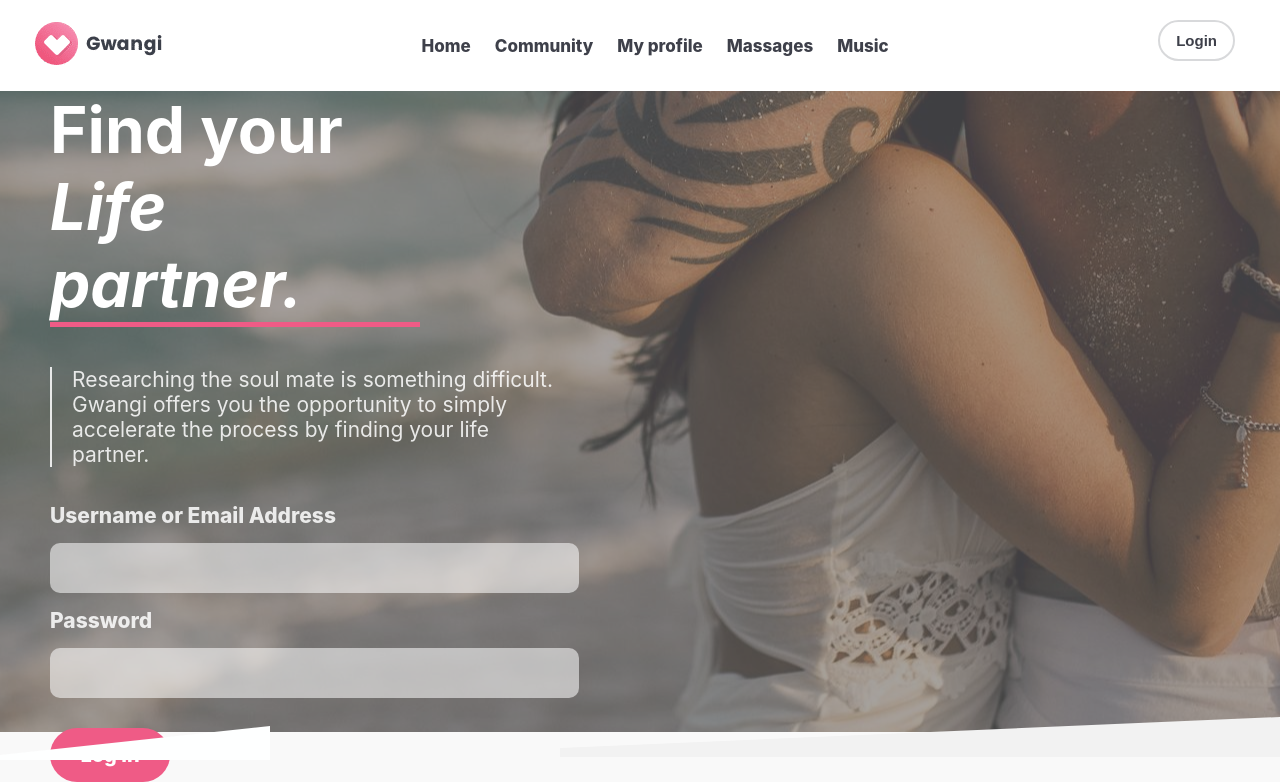
Repository: ShokunLiubov/Soc-Network-React
Page: /login
These files come from the project's save history. The page is drawn as it stood at one moment and after the next save; the edit follows.
The browser window is 1280 px wide. The pictures show the whole page.
The project was rebuilt for these pictures with package versions that can differ from the ones it lists, and the page was loaded fresh each time. Also part of the build but not shown: src/components/common/Paginator/Paginator.module.css, src/components/common/Paginator/Paginator.jsx, src/components/Community/Community.module.css, src/components/Community/Friend/Friend.jsx, src/components/Community/Community.jsx, src/components/common/Preloader/Preloader.jsx, src/components/Community/CommunityContainer.jsx, src/components/Dialogs/Dialogs.module.css and 14 more.

Above is the page before, as saved 2022-08-24 18:36:34.

### src/index.js
import reportWebVitals from './reportWebVitals';
import store from './redux/redux-store';
import React from 'react';
import ReactDOM from 'react-dom/client';
import './index.css';
import App from './App';
import { BrowserRouter } from 'react-router-dom';
import { Provider } from 'react-redux'

const root = ReactDOM.createRoot(document.getElementById('root'));

  root.render(

      <BrowserRouter>
        <Provider store={store}>
          <App />
        </Provider>
      </BrowserRouter>


  );


// If you want to start measuring performance in your app, pass a function
// to log results (for example: reportWebVitals(console.log))
// or send to an analytics endpoint. Learn more: https://bit.ly/CRA-vitals
reportWebVitals();

### src/redux/redux-store.js
import {combineReducers, legacy_createStore as createStore} from "redux"
import dialogsReducer from "./dialogs-reducer"
import profileReducer from "./profile-reducer"
import communityReducer from "./community-reducer"
import authReducer from "./auth-reducer"

let reducers = combineReducers({
    profilePage : profileReducer,
    dialogsPage : dialogsReducer,
    communityPage : communityReducer,
    auth: authReducer
})

let store = createStore(reducers)

export default store;

### src/App.js
import React from 'react';
import { Routes, Route } from "react-router-dom";
import './App.css';
import Registration from './components/Auth/Registration/Registration';
import CommunityContainer from './components/Community/CommunityContainer';
import DialogsContainer from './components/Dialogs/DialogsContainer';
import Home from './components/Home/Home';
import Music from './components/Music/Music';
import Navbar from './components/Navbar/Navbar';
import ProfileContainer from './components/Profile/ProfileContainer';

function App(props) {
  return (

    <div className='app-wrapper'>
      <Navbar />
      <Routes>
        <Route path='/home/*' element={<Home />} />

        <Route path='/community/*' element={<CommunityContainer />} />

        <Route path='/profile/:id' element={<ProfileContainer />} />
        <Route path='/profile/*' element={<ProfileContainer />} />

        <Route path='/dialogs/*' element={<DialogsContainer />} />

        <Route path='/music/*' element={<Music />} />

        <Route path='/login/*' element={<Registration />} />

      </Routes>

    </div>

  );
}

export default App;

### src/redux/dialogs-reducer.js
const SAND_MASSAGE = 'SAND-MASSAGE'
const UPDATE_NEW_MASSAGE_TEXT = 'UPDATE-NEW-MASSAGE-TEXT'

let initialState = {
    dialogsData: [
        { id: 1, name: 'Vika', ava: './../images/ava-w1.jpeg' },
        { id: 2, name: 'Eugen', ava: './../images/ava-m2.png' },
        { id: 3, name: 'Liubov', ava: './../images/ava-w3.jpeg' },
        { id: 4, name: 'Max', ava: './../images/ava-m1.jpeg' },
        { id: 5, name: 'Nika', ava: './../images/ava-w2.webp' }
    ],
    massagesData: [
        { id: 1, massage: 'Hi' },
        { id: 2, massage: 'How are you?' },
        { id: 3, massage: 'I am okey!' }
    ],
    newMassageText: ''
}

const dialogsReducer = (state = initialState, action) => {

    switch (action.type) {
        case SAND_MASSAGE:
            let text = state.newMassageText
            return {
                ...state,
                newMassageText: '',
                massagesData: [...state.massagesData, {id: Date.now(),massage: text}]
            }

        case UPDATE_NEW_MASSAGE_TEXT:
            return {
                ...state,
                newMassageText: action.newText
            }

        default:
            return state
    }

}

export const sandMassage = () => ({ type: SAND_MASSAGE })

export const onMassageChange = (text) =>
    ({ type: UPDATE_NEW_MASSAGE_TEXT, newText: text })

export default dialogsReducer;

### src/redux/profile-reducer.js
const ADD_POST = 'ADD-POST'
const UPDATE_NEW_POST_TEXT = 'UPDATE-NEW-POST-TEXT'
const SET_USER_PROFILE = 'SET-USER-PROFILE'

let initialState = {
    userProfile: {},
    postsData: [
        { id: 1, massage: 'Hi, how are you?', countLikes: '12', time: '29 minutes ago' },
        { id: 2, massage: 'It is my first post', countLikes: '99+', time: 'yesterday' },
        { id: 3, massage: 'My name Liubov, I am wife Eugen', countLikes: '32', time: 'week ago' }
    ],
    newPostText: ''
}

const profileReducer = (state = initialState, action) => {
    switch (action.type) {
        case ADD_POST:
            let newPost = {
                id: Date.now(),
                massage: state.newPostText,
                countLikes: '0',
                time: new Date().toLocaleTimeString()
            }
            return {
                ...state,
                newPostText: '',
                postsData: [newPost, ...state.postsData]
            }

        case UPDATE_NEW_POST_TEXT:
            return {
                ...state,
                newPostText: action.newText
            }
        case SET_USER_PROFILE:
            return {
                ...state,
                userProfile: action.profile

            }
        default:
            return state
    }


}

export const addPost = () => ({ type: ADD_POST })

export const updateNewPostText = (text) =>
    ({ type: UPDATE_NEW_POST_TEXT, newText: text })

export const setUserProfile = (profile) =>
    ({ type: SET_USER_PROFILE, profile})


export default profileReducer;

### src/redux/community-reducer.js
const FOLLOW = 'FOLLOW'
const UN_FOLLOW = 'UN-FOLLOW'
const SET_USERS = 'SET-USERS'
const SET_PAGE = 'SET-PAGE'
const SET_USERS_TOTAL_COUNT = 'SET-USERS-TOTAL-COUNT'
const TOGGLE_IS_FETCHING = 'TOGGLE-IS-FETCHING'

let initialState = {
    userData: [ ],
    pageSize: 10,
    totalUsersCount: 0,
    currentPage: 1,
    currentPageSize: 1,
    isFetching: false
}
const communityReducer = (state = initialState, action) => {
    switch (action.type) {
        case FOLLOW:
            return {
                ...state,
                userData: state.userData.map (user => {
                    if(user.id === action.userID) {
                        return {...user, followed: true}
                    }
                    return user
                })
            }
        case UN_FOLLOW:
            return {
                ...state,
                userData: state.userData.map (user => {
                    if(user.id === action.userID) {
                        return {...user, followed: false}
                    }
                    return user
                })
            }
        case SET_USERS:
            return {
                ...state,
                userData: action.users
            }
        case SET_PAGE:
            return {
                ...state,
                currentPage: action.page
                }
        case SET_USERS_TOTAL_COUNT:
            return {
                ...state,
                totalUsersCount: action.UsersTotalCount
            }
        case TOGGLE_IS_FETCHING:
            return {
                ...state,
                isFetching: action.isFetching
            }
        default:
            return state
    }
}

export const follow = (userID) => ({ type: FOLLOW, userID })

export const unFollow = (userID) => ({ type: UN_FOLLOW, userID })

export const setUsers = (users) => ({ type: SET_USERS, users })

export const setPage = (page) => ({ type: SET_PAGE, page })

export const setUsersTotalCount = (UsersTotalCount) => ({ type: SET_USERS_TOTAL_COUNT, UsersTotalCount })

export const toggleFetching = (isFetching) => ({ type: TOGGLE_IS_FETCHING, isFetching })

export default communityReducer;


// Создать кнопки prev next
// if(currentPage > 1) { prev
// } минус 1  при отрисовки подставляться значения, исключение первая страница
// Отображать в пагинации 5 стр и одну последнюю , учесть если будет меньше 5 стр

### src/redux/auth-reducer.js
const SET_USER_DATA = 'SET-USER-DATA'
// const UN_FOLLOW = 'UN-FOLLOW'

let initialState = {
    userId: undefined,
    email: undefined,
    login: undefined,
    isFetching: false
}
const authReducer = (state = initialState, action) => {
    switch (action.type) {
        case SET_USER_DATA:
            return {
                ...state,
                ...action.data
            }
        // case TOGGLE_IS_FETCHING:
        //     return {
        //         ...state,
        //         isFetching: action.isFetching
        //     }
        default:
            return state
    }
}

export const setUserData = (userId, email, login) => ({ type: SET_USER_DATA, data: {userId, email, login} })

// export const toggleFetching = (isFetching) => ({ type: TOGGLE_IS_FETCHING, isFetching })

export default authReducer;

### src/components/Auth/Registration/Registration.jsx
import React from 'react';
import styles from './Registration.module.css'

const Registration = () => {
    return (
        <div className={styles.background}>
            <div className={styles.registration}>
                <div className={styles.title}>Find your<br />
                    <i>Life partner.</i></div>
                <p className={styles.excerption}>Researching the soul mate is something difficult. Gwangi offers you the opportunity to simply accelerate the process by finding your life partner.</p>
                <form>
                    <div className={styles.username}>
                        <label>Username or Email Address</label>
                        <input type="text" />
                    </div>
                    <div className={styles.password}>
                        <label>Password</label>
                        <input type="password" />
                    </div>
                    <div className={styles.buttonLogin}>
                        <span>Log in</span>
                    </div>

                </form>
            </div>
            <div className={styles.decoration}>
                <div className={styles.decorationGrey}></div>
                <div className={styles.decorationWhite}></div>
            </div>

        </div>
    )
}

export default Registration;

### src/components/Dialogs/DialogsContainer.jsx
import React from 'react';
import { sandMassage, onMassageChange } from '../../redux/dialogs-reducer';
import Dialogs from './Dialogs';
import { connect } from 'react-redux'


let mapStateToProps = (state) => {
    return {
        dialogsData: state.dialogsPage.dialogsData,
        massagesData: state.dialogsPage.massagesData,
        newMassageText: state.dialogsPage.newMassageText
    }
}

const DialogsContainer = connect(mapStateToProps, { sandMassage, onMassageChange })(Dialogs)

export default DialogsContainer;

### src/components/Navbar/Navbar.jsx
import React from 'react';
import { NavLink } from 'react-router-dom';
import styles from './Navbar.module.css'

const Navbar = () => {
    return (
        <div className={styles.navbar}>
            {/* LOGO */}
            <div className={styles.logo}><img src='./../images/logotype.png' /></div>
             {/* LOGO */}

            {/* MENU */}
            <nav className={styles.menu}>
                <div className={styles.item}>
                    <NavLink to='/home' className={navData => navData.isActive ? styles.active : styles.item}>Home</NavLink>
                </div>
                <div className={styles.item}>
                    <NavLink to='/community' className={navData => navData.isActive ? styles.active : styles.item}>Community</NavLink>
                </div>
                <div className={styles.item}>
                    <NavLink to='/profile' className={navData => navData.isActive ? styles.active : styles.item}>My profile</NavLink>
                </div>
                <div to='/dialogs' className={styles.item}>
                    <NavLink to='/dialogs' className={navData => navData.isActive ? styles.active : styles.item}>Massages</NavLink>
                </div>
                <div className={styles.item}>
                    <NavLink to='/music' className={navData => navData.isActive ? styles.active : styles.item}>Music</NavLink>
                </div>
            </nav>
            {/* MENU */}

            {/* LOGIN */}
            <NavLink to='/login' className={styles.login}>
                <button className='button'>Login</button>
            </NavLink>
            {/* LOGIN */}

        </div>
    )
}

export default Navbar;

### src/components/Auth/Registration/Registration.module.css
.background {
    background-image: url(./../../../../public/images/registration-bgr.jpeg);
    background-repeat: no-repeat;
    background-position: center;
    width: 100%;
    height: 89vh;
    position: relative;
    display: flex;
    align-items: center;
    flex-direction: column;
}

.background::before {
    content: " ";
    width: 100%;
    height: 89vh;
    background-color: #696a6e99;
    position: absolute;
    z-index: 1;
}

.registration {
    margin-left: 50px;
    position: relative;
    z-index: 20;
}

.title {
    color: #ffffff;
    font-size: 64px;
    max-width: 370px;
    font-weight: 700;
    border-bottom: 5px solid #ef5b86;
}

.excerption {
    margin-top: 40px;
    color: rgba(255, 255, 255, 0.85);
    font-size: 21px;
    max-width: 40%;
    padding: 0px 20px;
    border-left: 2px solid rgba(255, 255, 255, 0.85);
}

/* FORM */
.username,
.password {
    display: flex;
    flex-direction: column;
    max-width: 43%;
    color: rgba(255, 255, 255, 0.85);
}

.username input,
.password input {
    background-color: #ffffff8c;
    color: #ffffff;
    font-size: 21px;
    font-weight: 800;
    border-radius: 10px;
    border: none;
    height: 50px;
    padding: 0 20px;
    outline:none;
}

.username label,
.password label {
    margin: 15px 0;
    font-size: 21px;
    font-weight: 800;
}

.buttonLogin {
    cursor: pointer;
    margin-top: 30px;
    background-color: #ef5b86;
    width: 120px;
    padding: 15px 0;
    display: flex;
    justify-content: center;
    align-items: center;
    color: #ffffff;
    border-radius: 30px;
    font-weight: 800;
    font-size: 20px;
}

/* FORM */
.decoration {
    position: relative;
    z-index: 30;
    width: 100%;
    height: 100%;
}

.decorationGrey {
    position: absolute;
    bottom: 25px;
    /* left: 0px; */
    right: 0px;
    width: 0;
	height: 0;
    border-top: 31px solid transparent;
	border-right: 100vh solid #f2f2f2;
	border-bottom: 9px solid #f2f2f2;
    /* transition: all 0.5s ease-out; */
}

.decorationWhite {
    position: absolute;
    bottom: 22px;
    width: 0;
	height: 0;
	border-top: 29px solid transparent;
	border-right: 270px solid #feffff;
	border-bottom: 5px solid #feffff;
    /* transition: all 0.5s ease-out; */
}

### src/components/Navbar/Navbar.module.css
.navbar {
    display: flex;
    justify-content: space-between;
    align-items: center;
    padding: 20px 35px;
    background-color: #ffffff;
}

.logo {
    cursor: pointer;
}

.menu {
    display: flex;
}

.item a {
    margin: 0 12px;
    font-size: 17px;
    color: #3e404a;
    font-weight: 800;
    cursor: pointer;
    text-decoration: none;
}

.item a.active {
    color: #ef5b86;
}

.login {
    text-decoration: none;
}

### src/components/Profile/Profile_body/MyPosts/Post/Post.module.css
.post {
    background-color: #ffffff;
    border: 1px solid #e8e8e9;
    border-radius: 10px;
    margin: 50px 0;
    position: relative;
    width: 70%;
    min-height: 100px;
}

.personInfo img {
    position: absolute;
    top: -20px;
    left: -20px;
    width: 80px;
    height: 80px;
    object-fit: cover;
    border-radius: 10px;
}

.personInfo {
    display: flex;
}

.postInfo {
    margin: 10px 80px;
}

.nickname {
    color: #3e404a;
    font-size: 18px;
    font-weight: 700;
}

.time {
    color: #9da6b0;
    font-size: 12px;
    font-weight: 600;
    margin-top: 5px;
}

.massage {
    color: #9ca6af;
    font-size: 15px;
    font-weight: 700;
    margin: 10px 80px;
}

.like {
    width: 100%;
    display: flex;
    justify-content: end;
}

button{
    background: none;
    border: none;
    display: flex;
    align-items: center;
    margin: 0 10px 10px;
}

.countLike {
    margin-left: 5px;
    color: #9da6b0;
    font-size: 12px;
    font-weight: 500;
}

Loaded but not shown: public/index.html (common file); src/reportWebVitals.js (common file); src/index.css (common file); src/App.css (common file); src/components/Home/Home.module.css (no stored copy; drawn as an empty file); src/components/Music/Music.module.css (no stored copy; drawn as an empty file); src/components/Profile/Profile.module.css (no stored copy; drawn as an empty file)

After the next save:
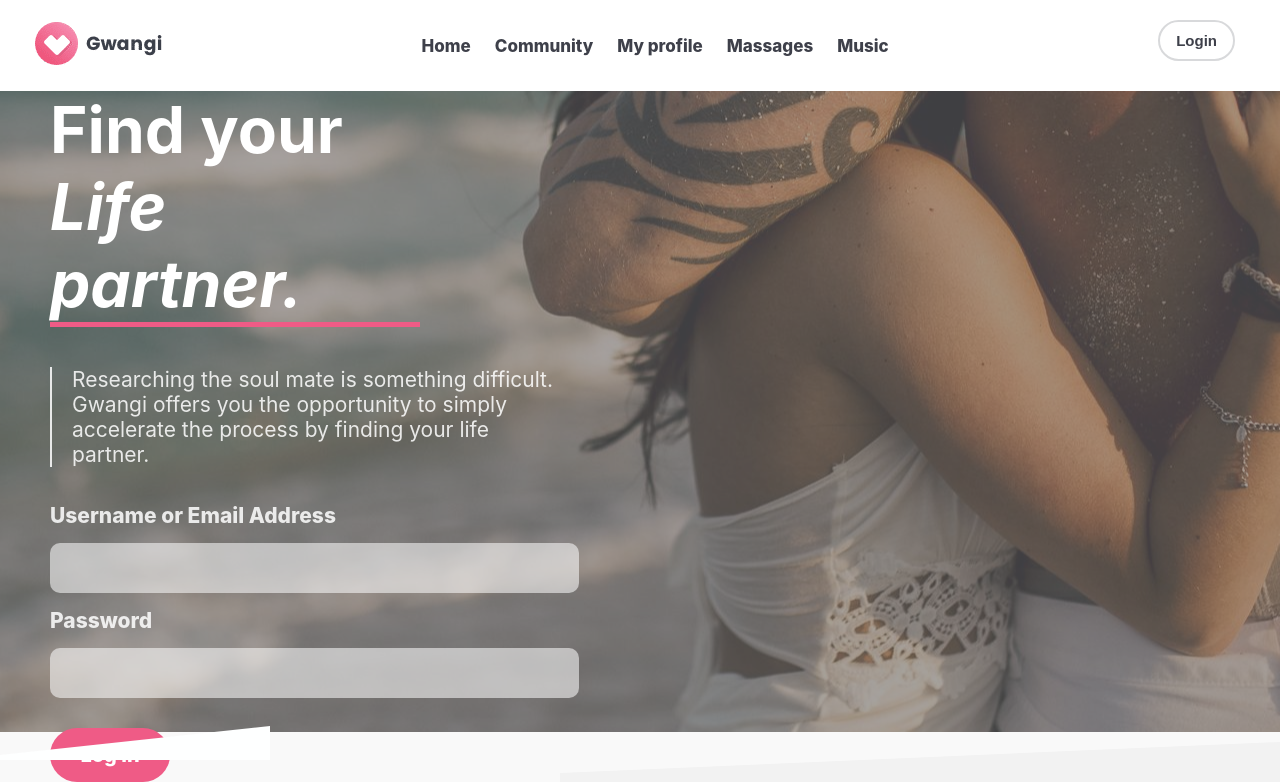
Saved 10 s later.
--- a/src/components/Auth/Registration/Registration.module.css
+++ b/src/components/Auth/Registration/Registration.module.css
@@ -96,7 +96,7 @@
 
 .decorationGrey {
     position: absolute;
-    bottom: 25px;
+    bottom: 0px;
     /* left: 0px; */
     right: 0px;
     width: 0;
